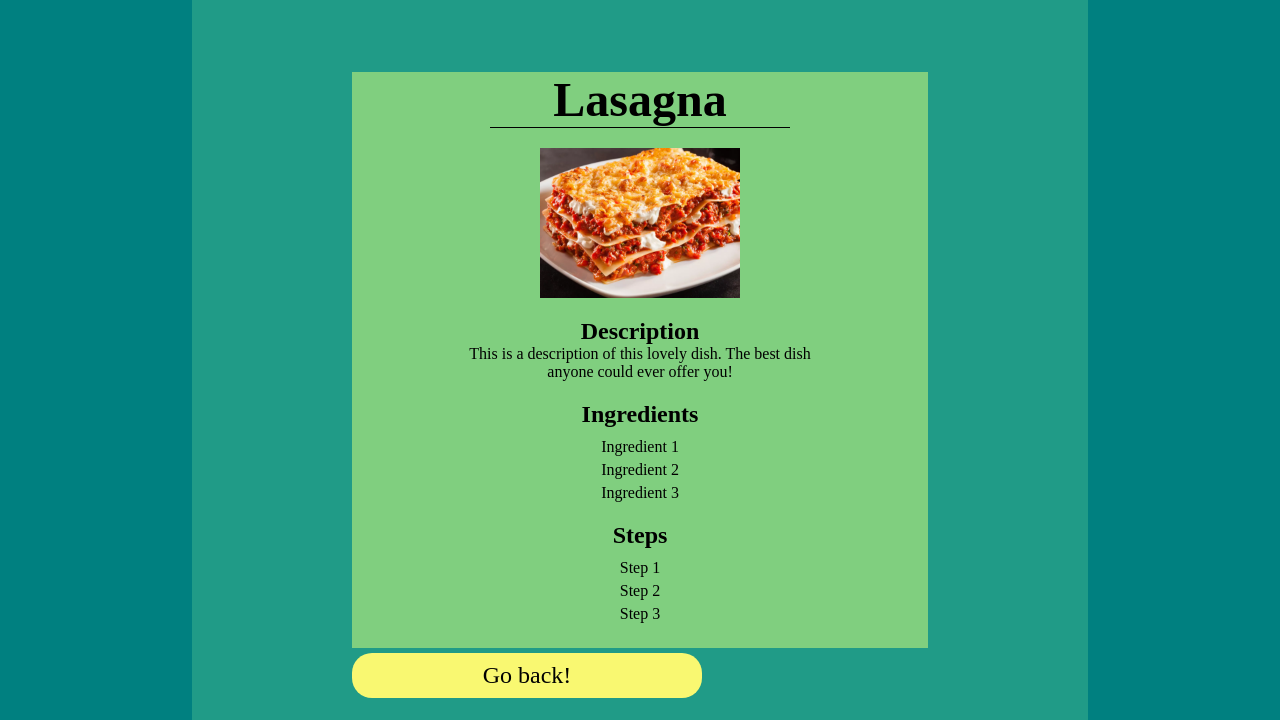
Repository: Pafestivo/odin-recipes
Page: recipes/lasagna.html
These files come from the project's save history. The page is drawn as it stood at one moment and after the next save; the edit follows.
The browser window is 1280 px wide. The pictures show the whole page.

Above is the page before, as saved 2022-09-24 13:01:52.

### recipes/lasagna.html
<!DOCTYPE html>
<html lang="en">
<head>
    <meta charset="UTF-8">
    <meta name="viewport" content="width=device-width, initial-scale=1.0">
    <link rel="stylesheet" href="../css/recipe-styles.css">
    <title>Recipe-Lasagna</title>
</head>
<body>
    <div class="container">
        <div class="inner">
            <h1>Lasagna</h1>
            <img
            src="../images/lasagna.jpg"
            alt="An image of Lasagna"
            />
            <h2>Description</h2>
            <p>This is a description of this lovely dish. The best dish anyone could ever offer you!</p>

            <h2>Ingredients</h2>
            <ul>
            <li>Ingredient 1</li>
            <li>Ingredient 2</li>
            <li>Ingredient 3</li>
            </ul>

            <h2>Steps</h2>
            <ol>
            <li>Step 1</li>
            <li>Step 2</li>
            <li>Step 3</li>
            </ol>
            <a href="../index.html">Go back!</a>

        </div> <!-- /inner -->
    </div> <!-- /container -->

</body>
</html>

### css/recipe-styles.css
* {
  box-sizing: border-box;
  padding: 0;
  margin: 0;
}

body {
  font-family: serif;
  background-color: #008080;
  padding: 1;
}

.container {
  background-color: #209B87;
  display: flex;
  width: 70vw;
  height: 100vh;
  padding: 1px;
  margin: 0 auto;
}

.inner {
  background-color: #80CF7F;
  width: 45vw;
  height: 80vh;
  margin: auto;
}

h1 {
  text-align: center;
  font-size: 3rem;
  margin: 0 auto 20px auto;
  border-bottom: 1px solid black;
  width: 300px;
}

img {
  display: block;
  margin: 0 auto;
  width: 200px;
  height: 150px;
}

h2 {
  text-align: center;
  font-size: 1.5rem;
  margin: 20px auto 0 auto;
}

p {
  text-align: center;
  width: 350px;
  margin: 0 auto;
}

ul,
ol {
  list-style: none;
  text-align: center;
  margin: 10px;
}

li {
  margin-bottom: 5px;
}

a {
  display: flex;
  justify-content: center;
  align-items: center;
  margin: 30px 0;
  width: 350px;
  font-size: 1.5em;
  height: 45px;
  border-radius: 20px;
  text-decoration: none;
  color: inherit;
  background-color: #F9F871;
  transition: all 0.1s ease-in;
}

After the next save:
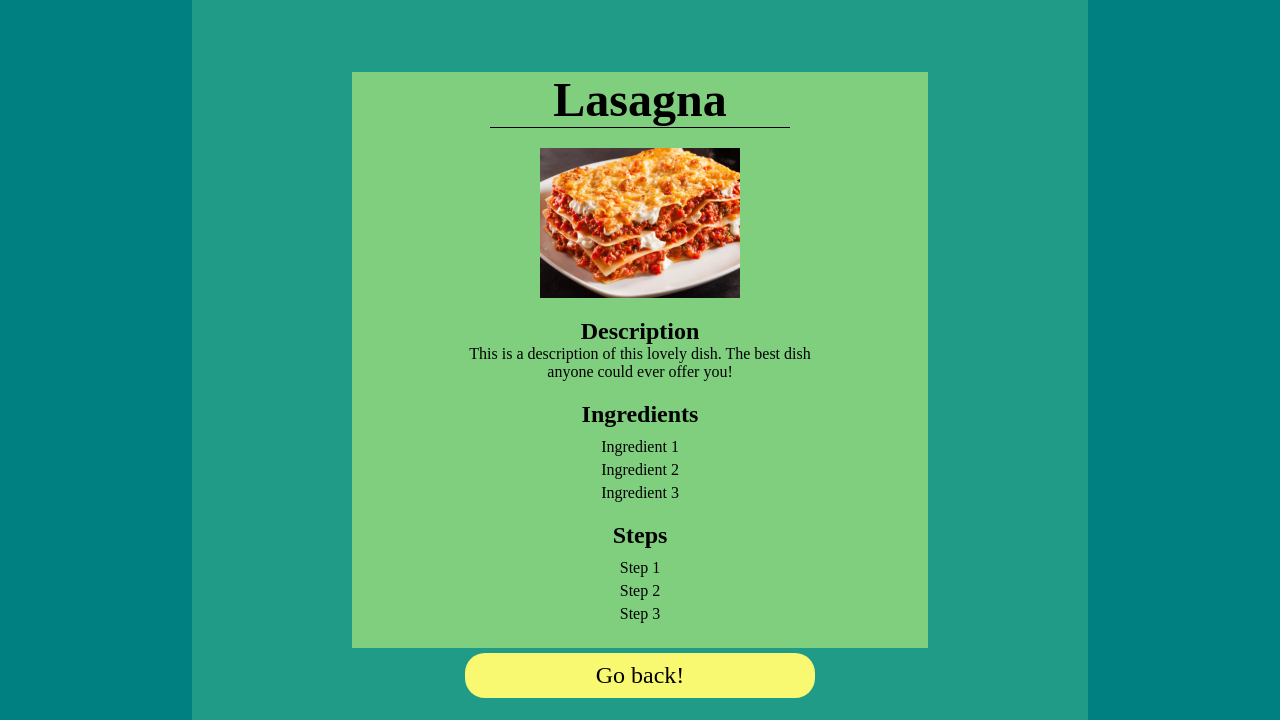
Saved 12 s later.
--- a/css/recipe-styles.css
+++ b/css/recipe-styles.css
@@ -68,7 +68,7 @@ a {
   display: flex;
   justify-content: center;
   align-items: center;
-  margin: 30px 0;
+  margin: 30px auto;
   width: 350px;
   font-size: 1.5em;
   height: 45px;
